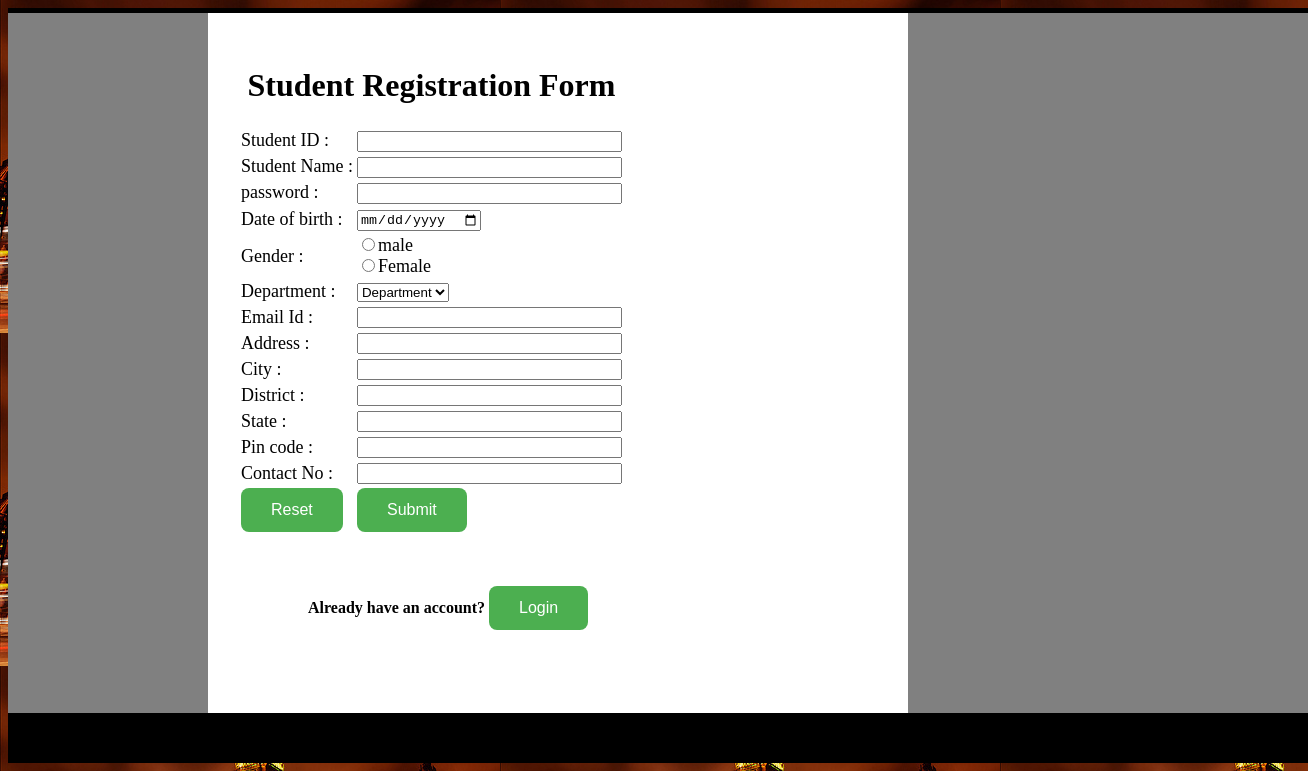
Repository: srikanthModugu/jdbc-servlet-jsp
Page: SutudentRegistration/WebContent/Registration.html
These files come from the project's save history. The page is drawn as it stood at one moment and after the next save; the edit follows.
The browser window is 1280 px wide. The page is 1308 px wide, so the pictures cover 1308 px, including what lies to the right of the window. The pictures show the whole page.

Above is the page before, as saved 2017-10-02 14:39:17.
Console error: SyntaxError: Unexpected end of input

### SutudentRegistration/WebContent/Registration.html
<!DOCTYPE html>
<html>
<head>
<meta charset="UTF-8">
<title>Registration Page</title>
<style type="text/css">
button {
	border: none;
	border-radius: 8px;
	color: white;
	padding: 13px 30px;
	text-align: center;
	text-decoration: none;
	background-color: #4CAF50;
	display: inline-block;
	font-size: 16px;
}

input[type=submit]
{
	border: none;
	border-radius: 8px;
	color: white;
	padding: 13px 30px;
	text-align: center;
	text-decoration: none;
	background-color: #4CAF50;
	display: inline-block;
	font-size: 16px;
}

button:hover {
	background-color: #4CAF50;
	color: white;
	box-shadow: 0 12px 16px 0 rgba(0, 0, 0, 0.24), 0 17px 50px 0
		rgba(0, 0, 0, 0.19);
}

td {
	font-size: 18px;
}
</style>

<script type="text/javascript">
function validateform(){
	var name=document.myform.studentName.value;
	var password=document.myform.password.value;

	if (name==null || name==""){
	  alert("Name can't be blank");
	  return false;
	}else if(password.length<6){
	  alert("Password must be at least 6 characters long.");
	  return false;
	  }
</script>

</head>
<body background="fristBg.jpg">
	<div style="height: 755px; width: 1300px; background-color: black">



		<div
			style="height: 5px; width: 1300px; background-color: black; color: white; float: left;">
		</div>

		<div style="height: 700px; width: 1300px; background-color: gray; color: white; float: left;">

			<div style="height: 700px; width: 200px;  float: left;">

			</div>

			<div
				style="height: 700px; width: 700px; background-color: white; color: black; float: left;">
				<form action="Registerformservlet" method="get"  onsubmit="return validateform()" name="myform"  >
					<table style="height: 600; width: 700; margin: 30px; background-color:; color: black;">

						<tr>
							<th colspan="2"><h1>Student Registration Form</h1></th>
						</tr>

						<tr>
							<td>Student ID :</td>
							<td><input type='text' name='studentid' size='30'><br></td>
						</tr>

						<tr>
							<td>Student Name :</td>
							<td><input type='text' name='studentName' size='30'><br></td>
						</tr>

						<tr>
							<td>password :</td>
							<td><input type='password' name='password' size='30'><br></td>
						</tr>

						<tr>
							<td>Date of birth :</td>
							<td><input type='date' name="DOB">
							<br></td>
						</tr>

						<tr>
							<td>Gender :</td>
							<td><input type='radio' name='gender' value='male'>male<br>
								<input type='radio' name='gender' value='female'>Female<br></td>
						</tr>

						<tr>
							<td>Department :</td>
							<td><select name='department'>
									<option>Department</option>
									<option>Computer</option>
									<option>Civil</option>
									<option>E & TC</option>
									<option>Mechanical</option>
									<option>IT</option>
							</select></td>
						</tr>

						<tr>
							<td>Email Id :</td>
							<td><input type='email' name='emailId' size='30'><br></td>
						</tr>

						<tr>
							<td>Address :</td>
							<td><input type='text' name='address' size='30'><br></td>
						</tr>

						<tr>
							<td>City :</td>
							<td><input type='text' name='city' size='30'><br></td>
						</tr>

						<tr>
							<td>District :</td>
							<td><input type='text' name='district' size='30'><br></td>
						</tr>

						<tr>
							<td>State :</td>
							<td><input type='text' name='state' size='30'><br></td>
						</tr>

						<tr>
							<td>Pin code :</td>
							<td><input type='text' name='pincode' size='30'
								pattern="[0-9]{4}" maxlength="6"><br></td>
						</tr>

						<tr>
							<td>Contact No :</td>
							<td><input type='text' name='contactNo' size='30'><br></td>
						</tr>


						<tr>
							<td><button type="submit" formaction="RegisterForm.html">Reset</button></td>
							<td><input type="submit" value="Submit"></td>
						</tr>
					</table>

					<div
						style="height: 25px; width: 400px; background-color: white; color: black; float: left; margin-left: 100px">
						<h4>
							Already have an account?
							<button type="submit" formaction="LoginPage.html">Login</button>
						</h4>
					</div>
				</form>


			</div>
			<div
				style="height: 600px; width: 300px; background-color: gray; color: white; float: left;"></div>
		</div>
	</div>

</html>

After the next save:
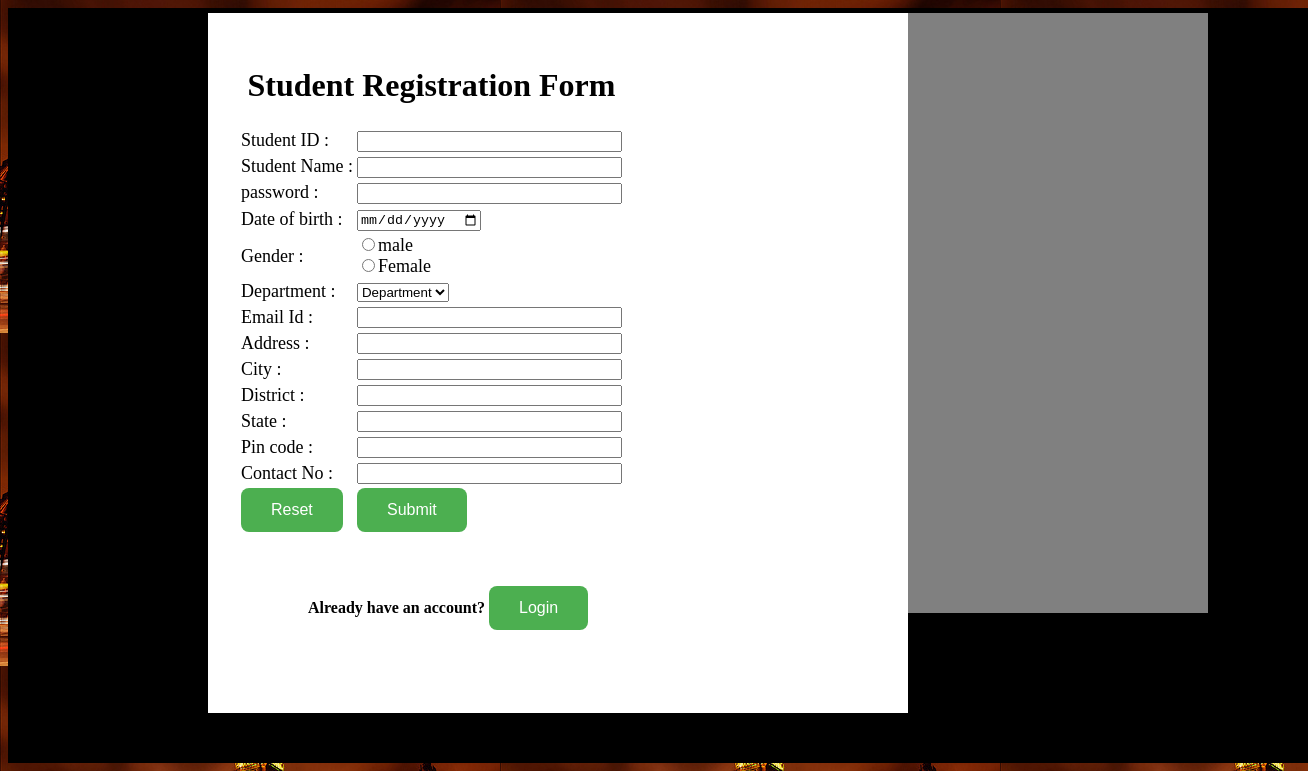
Saved 26 s later.
--- a/SutudentRegistration/WebContent/Registration.html
+++ b/SutudentRegistration/WebContent/Registration.html
@@ -65,7 +65,7 @@ function validateform(){
 			style="height: 5px; width: 1300px; background-color: black; color: white; float: left;">
 		</div>
 
-		<div style="height: 700px; width: 1300px; background-color: gray; color: white; float: left;">
+		<div style="height: 700px; width: 1300px; color: white; float: left;">
 
 			<div style="height: 700px; width: 200px;  float: left;">
 
